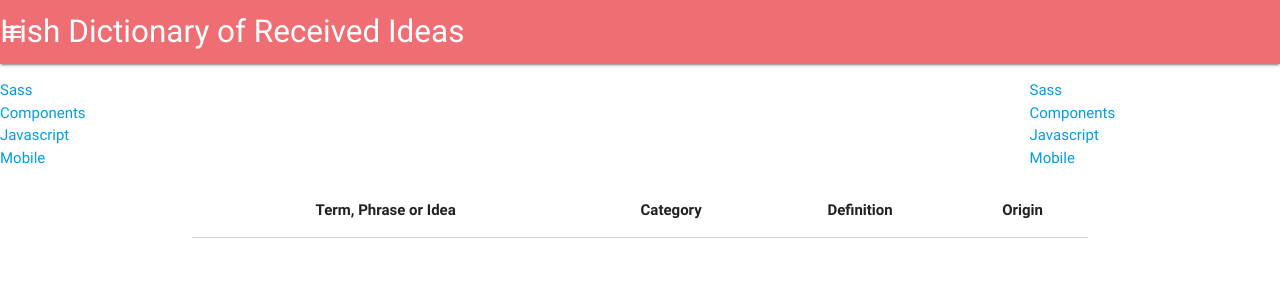
Repository: kalkiboru111/irish-dictionary-of-received-ideas
Page: http://localhost/
The author's editor kept a record of every edit. The page is drawn from the files as they stood at one moment, then again after the next edit.
The browser window is 1280 px wide. The pictures show the whole page.
Some web libraries are served in a nearby version. The page is served by the project's application, run on Flask 3 (app.py). Queries for data that is not in the repository find no rows.

Above is the page before.
Console error: TypeError: $(...).formSelect is not a function

After the next edit:
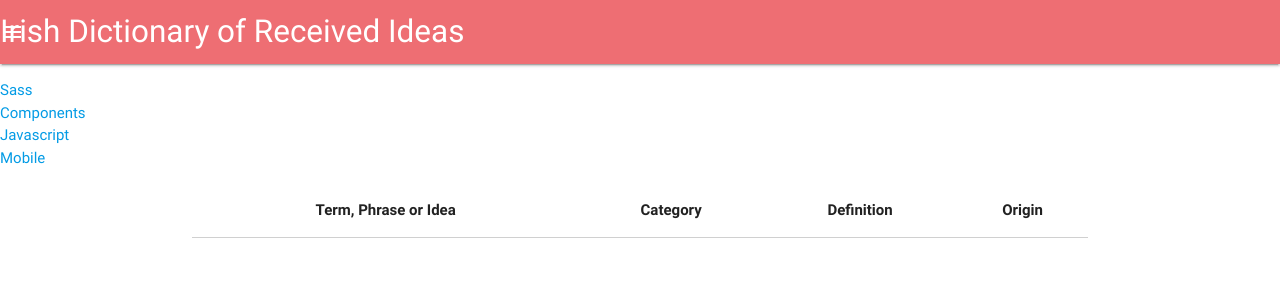
The edit:
--- a/templates/base.html
+++ b/templates/base.html
@@ -27,16 +27,6 @@
         </nav>
 
 
-
-      <ul class="right hide-on-med-and-down">
-        <li><a href="sass.html">Sass</a></li>
-        <li><a href="badges.html">Components</a></li>
-        <li><a href="collapsible.html">Javascript</a></li>
-        <li><a href="mobile.html">Mobile</a></li>
-      </ul>
-    </div>
-  </nav>
-
   <ul class="sidenav" id="mobile-demo">
     <li><a href="sass.html">Sass</a></li>
     <li><a href="badges.html">Components</a></li>
